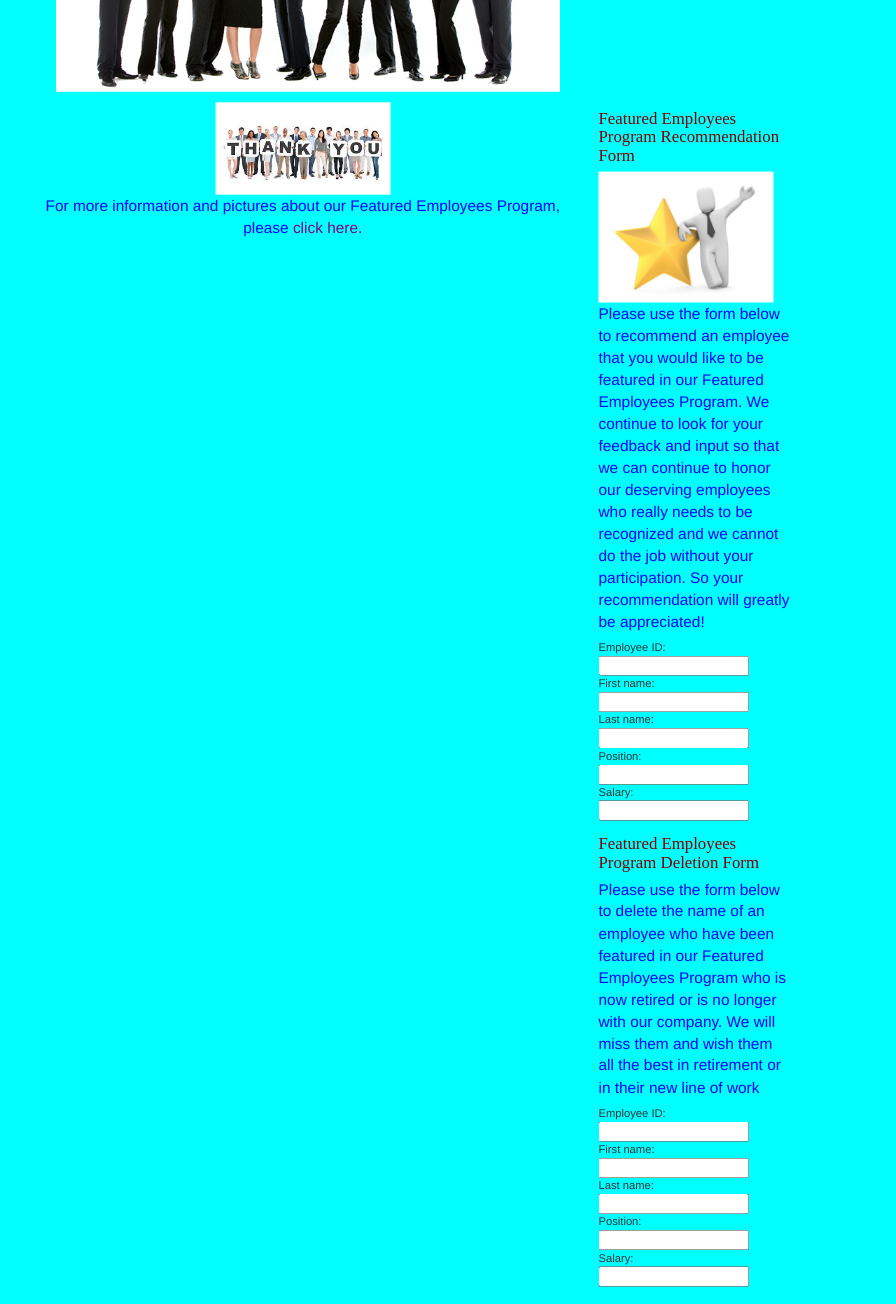
Repository: myjavaweb2/Week5JDBCAssignments
Page: myweek4project/src/main/webapp/employee.html
An editor plug-in stored every save of this project. The page is shown before and after the next save, followed by the edit.
The browser window is 1280 px wide. The pictures show the part of the page from y = 1633 to 3553 px (the page is 3496 px tall before and 3553 px after), at 70% of full size.

Above is the page before, as saved 2016-08-30 19:50:23.

### myweek4project/src/main/webapp/employee.html
<!DOCTYPE html>
<html>
<head>
<meta charset="ISO-8859-1">
<title>Employee Recognition Program</title>

<!-- Latest compiled and minified CSS -->
<link rel="stylesheet" href="https://maxcdn.bootstrapcdn.com/bootstrap/3.3.7/css/bootstrap.min.css" integrity="sha384-BVYiiSIFeK1dGmJRAkycuHAHRg32OmUcww7on3RYdg4Va+PmSTsz/K68vbdEjh4u" crossorigin="anonymous">

<link rel="stylesheet" type="text/css" href="styles.css">



</head>
<body>

	<header>

		<h1>New Age International IT Consultants</h1>

	</header>

	<main>

	<h2>We Are a Global Leaders in IT Consultants</h2>

	<p>New Age International IT Consultants is a worldwide IT
		consulting company that services many Fortune 500 companies. We
		provide support to reputable companies in the areas of software
		engineering, project management, IT analysis, database management
		systems, and information technology security. We also work with
		companies in screening their IT hires and provide mentoring to new
		hires and experienced company staffs.</p>

	<h3>List of our Major Services</h3>

	<ul>
		<li>Software Engineering</li>
		<li>Project Management</li>
		<li>Database Administration</li>
		<li>Web Design and Development</li>
		<li>IT Skills Recruitment and Mentoring</li>
	</ul>

	<h2>Featured Employees Program</h2>
	<p>At New Age International IT Consultants, our employees are our
		most valuable assets and we strive to honor our employees each year
		for their royalty and dedication to providing high quality services to
		our vast arrays of clients. Our employees who are featured on our
		Featured Employees Program are given recognition along with cash
		awards and other goodies.</p>

	<h2>List of 2016 Featured Employees</h2>

	<table class="table table-striped">
		<tr>
			<th>Employee ID</th>
			<th>First Name</th>
			<th>Last Name</th>
			<th>Position</th>
			<th>Salary</th>
		</tr>
		<tr>
			<td>1</td>
			<td>John</td>
			<td>McDaniel</td>
			<td>Project Analyst</td>
			<td>53720.64</td>
		</tr>
		<tr>
			<td>2</td>
			<td>Marianne</td>
			<td>Gongalez</td>
			<td>Secretary</td>
			<td>33461.20</td>
		</tr>
		<tr>
			<td>3</td>
			<td>Chris</td>
			<td>Paul</td>
			<td>Software Engineer</td>
			<td>74125.08</td>
		</tr>
		<tr>
			<td>4</td>
			<td>Halil</td>
			<td>Sharif</td>
			<td>Database Administrator</td>
			<td>78263.92</td>
		</tr>
		<tr>
			<td>5</td>
			<td>Jessica</td>
			<td>Smith</td>
			<td>Database Developer</td>
			<td>44842.50</td>
		</tr>
		<tr>
			<td>6</td>
			<td>William</td>
			<td>McCain</td>
			<td>Manager</td>
			<td>82207.12</td>
		</tr>
		<tr>
			<td>7</td>
			<td>Laura</td>
			<td>Johnson</td>
			<td>Janitor</td>
			<td>18261.37</td>
		</tr>
		<tr>
			<td>8</td>
			<td>Claire</td>
			<td>Krasinski</td>
			<td>Director</td>
			<td>107358.64</td>
		</tr>
		<tr>
			<td>9</td>
			<td>Steve</td>
			<td>Pileri</td>
			<td>Web Developer</td>
			<td>62375.95</td>
		</tr>
		<tr>
			<td>10</td>
			<td>Timothy</td>
			<td>Samuel</td>
			<td>CEO</td>
			<td>286786.35</td>
		</tr>
	</table>
	<br>
	<img alt="2016 Featured Employees" src="images/employees.jpg"> </main>

	<aside>
		<h3>Featured Employees Program Recommendation Form</h3>

		<img alt="2016 Featured Employees" src="images/employee_pride.jpg"
			width="250px">

		<p>Please use the form below to recommend an employee that you
			would like to be featured in our Featured Employees Program. We
			continue to look for your feedback and input so that we can continue
			to honor our deserving employees who really needs to be recognized
			and we cannot do the job without your participation. So your
			recommendation will greatly be appreciated!</p>

		<form action="">
				Employee ID:<br> <input type="text" name="employee_id"><br>
				First name:<br> <input type="text" name="first_name"><br>
				Last name:<br> <input type="text" name="last_name"><br>
				Position:<br> <input type="text" name="position"><br>
				Salary:<br> <input type="text" name="salary">
		</form>

		<h3>Featured Employees Program Deletion Form</h3>

		<p>Please use the form below to delete the name of an employee who
			have been featured in our Featured Employees Program who is now
			retired or is no longer with our company. We will miss them and wish
			them all the best in retirement or in their new line of work</p>

			<form action="">
				Employee ID:<br> <input type="text" name="employee_id"><br>
				First name:<br> <input type="text" name="first_name"><br>
				Last name:<br> <input type="text" name="last_name"><br>
				Position:<br> <input type="text" name="position"><br>
				Salary:<br> <input type="text" name="salary">
		</form>

	</aside>

	<footer>

		<img alt="2016 Featured Employees" src="images/employees2.jpg"
			width="250px">

		<p>For more information and pictures about our Featured
			Employees Program, please <a href="http://www.graymatterblog.com/peer-peer-recognition-programs-ignites-business/" target="_blank">click here.</a></p>


	</footer>

</body>
</html>

### myweek4project/src/main/webapp/styles.css
html, body {
	margin: 0;
	padding: 0;
	border: 0;
	font-size: 100%;
	background-color: aqua;
}

header {
	height: 135px;
}

main {
	width: 950px;
	background-color: aqua;
	float: left;
	padding-left: 0;
	padding-right: 0;
	position: relative;
	right: 20px;
  	left: 80px;
  	top: 20px;
  	bottom: 15px;
}

aside {
	width: 450px;
	background-color: aqua;
	float: right;
	padding: 25px;
	padding-right: 150px;
}

footer {
	clear: left;
	padding: 35px;
	border: 5px;
	text-align: center;
}

p {
	font-style: Times New Roman, Tahoma, sans serif;
	font-size: 22px;
	color: blue;
}

h1, h2, h3 {
	font-family: fantasy, serif;
	color:maroon;
}

h1 {
	font-family: "Helvetica-Bold",Impact, sans serif;
	text-align: center;

}

ul {
	color:teal;
	font-size: 20px;
}

th {
	color: blue bold;
	font-size: 24px;
}

td {
	color:teal;
	font-size: 20px;
}

a {
	color: purple;
	text-decoration: none;
}

a:hover {

    text-decoration: line-through;
}

After the next save:
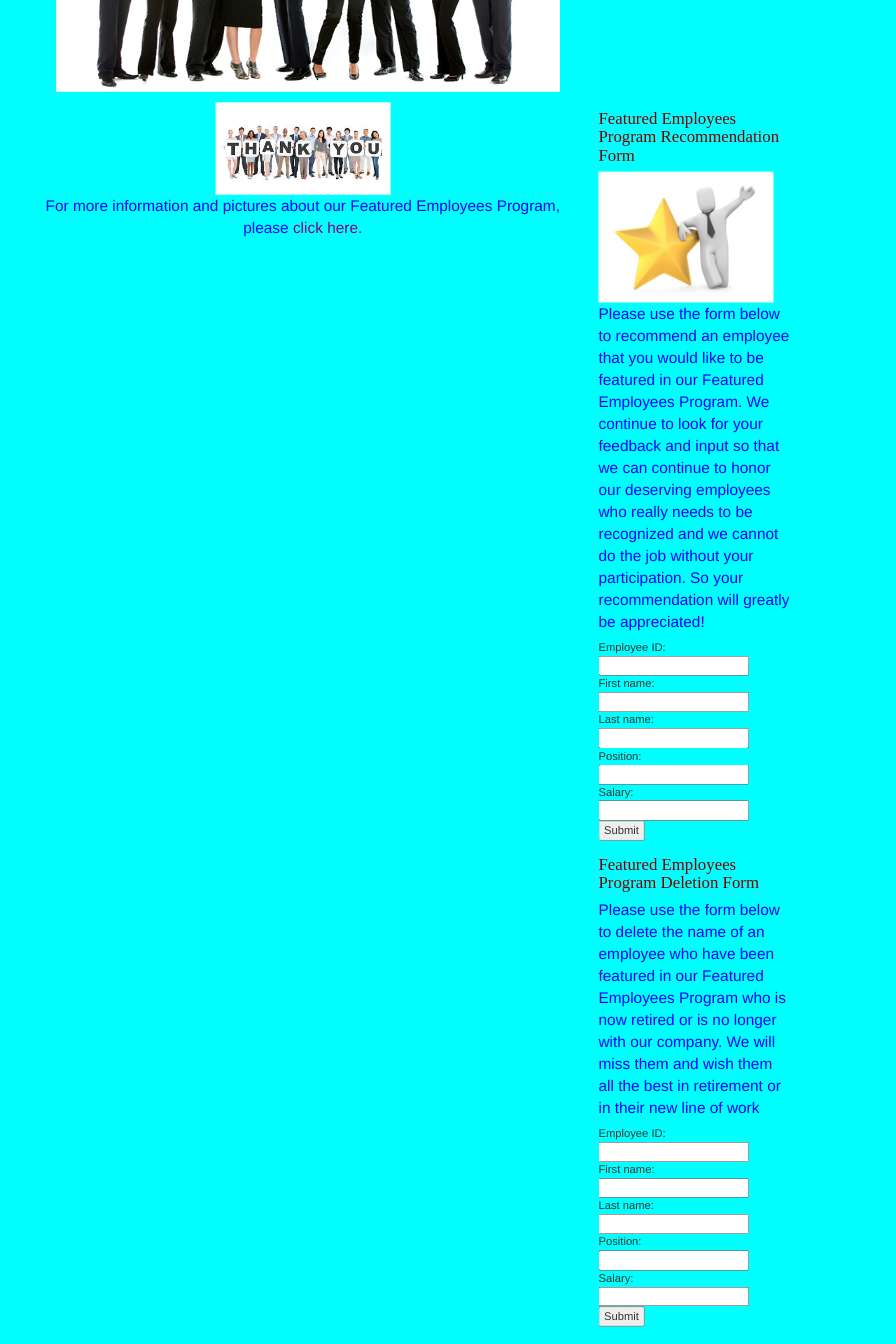
Saved 3 min 33 s later.
--- a/myweek4project/src/main/webapp/employee.html
+++ b/myweek4project/src/main/webapp/employee.html
@@ -153,6 +153,7 @@
 				Last name:<br> <input type="text" name="last_name"><br>
 				Position:<br> <input type="text" name="position"><br>
 				Salary:<br> <input type="text" name="salary">
+				<input type="submit" value="Submit">
 		</form>
 
 		<h3>Featured Employees Program Deletion Form</h3>
@@ -168,6 +169,7 @@
 				Last name:<br> <input type="text" name="last_name"><br>
 				Position:<br> <input type="text" name="position"><br>
 				Salary:<br> <input type="text" name="salary">
+				<input type="submit" value="Submit">
 		</form>
 
 	</aside>
